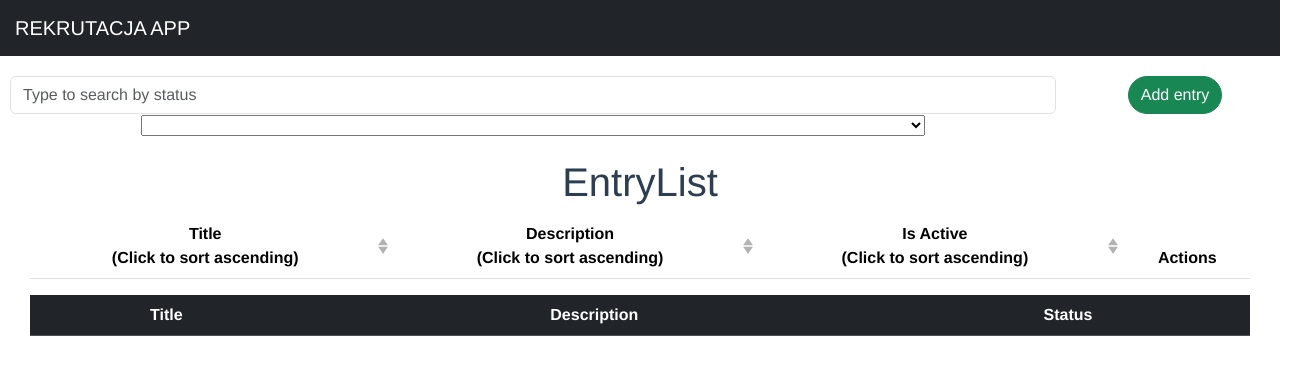
Repository: Madaless/vue_elastic
Page: / (app in vuejsapp/crudapp/)
The author's editor kept a copy of each file at every save. The page is drawn from the files as they stood at one save, then again after the next save.
The browser window is 1280 px wide. The page is 1292 px wide, so the pictures cover 1292 px, including what lies to the right of the window. The pictures show the whole page.
The page's requests for data from a server got no answer. The project was rebuilt for these pictures with package versions that can differ from the ones it lists, and the page was loaded fresh each time. No one was signed in, and anything a server would have sent is missing.

Above is the page before, as saved 2021-09-12 17:18:01.

After the next save:
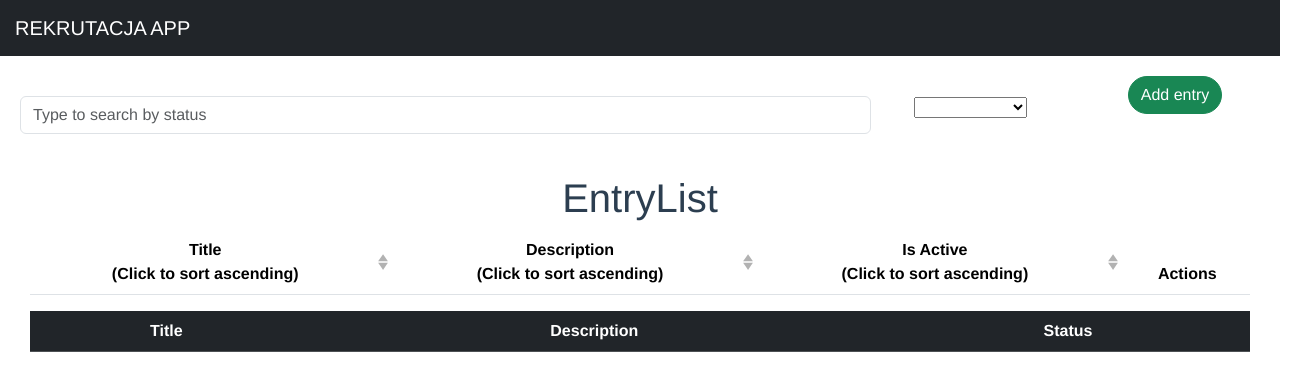
Saved 4 min 55 s later.
--- a/vuejsapp/crudapp/src/components/FilterEntry.vue
+++ b/vuejsapp/crudapp/src/components/FilterEntry.vue
@@ -1,23 +1,28 @@
 <template>
   <div>
-    <b-form-input
-      id="filter-input"
-      v-model="filter"
-      type="search"
-      placeholder="Type to search by status"
-    ></b-form-input>
-
-    <b-form-select
-      id="sort-by-select"
-      v-model="sortBy"
-      :options="sortOptions"
-      :aria-describedby="ariaDescribedby"
-      class="w-75"
-    >
-      <template #first>
-        <option value="">-- none --</option>
-      </template>
-    </b-form-select>
+    <b-row id="filterEntry">
+      <b-col sm="10">
+        <b-form-input
+          id="filter-input"
+          v-model="filter"
+          type="search"
+          placeholder="Type to search by status"
+        ></b-form-input>
+      </b-col>
+      <b-col sm="2">
+        <b-form-select
+          id="sort-by-select"
+          v-model="sortBy"
+          :options="sortOptions"
+          :aria-describedby="ariaDescribedby"
+          class="w-75"
+        >
+          <template #first>
+            <option value="">-- none --</option>
+          </template>
+        </b-form-select>
+      </b-col>
+    </b-row>
   </div>
 </template>
 
@@ -25,10 +30,10 @@
 export default {
   setup() {},
   data() {
-      return {
-          sortOptions: ["no","yes"]
-      }
-  }
+    return {
+      sortOptions: ["no", "yes"],
+    };
+  },
 };
 </script>
 
